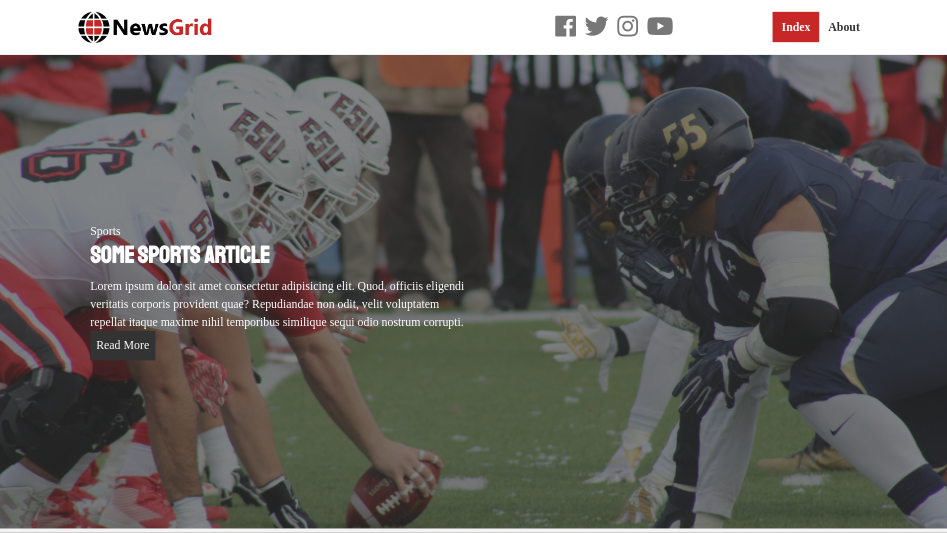
Repository: minhtien9/newsgrid
Page: index.html
The author's editor kept a copy of each file at every save. The page is drawn from the files as they stood at one save, then again after the next save.
The browser window is 1280 px wide. The pictures show the whole page, at 74% of full size.
Some web libraries are served in a nearby version.

Above is the page before, as saved 2021-08-25 20:47:15.

### index.html
<!DOCTYPE html>
<html lang="en">

<head>
    <meta charset="UTF-8" />
    <meta name="viewport" content="width=device-width, initial-scale=1.0" />
    <meta http-equiv="X-UA-Compatible" content="ie=edge" />
    <link rel="stylesheet" href="https://use.fontawesome.com/releases/v5.6.3/css/all.css" integrity="sha384-UHRtZLI+pbxtHCWp1t77Bi1L4ZtiqrqD80Kn4Z8NTSRyMA2Fd33n5dQ8lWUE00s/" crossorigin="anonymous" />
    <link href="https://fonts.googleapis.com/css2?family=Lato&family=Staatliches&display=swap" rel="stylesheet" />
    <link rel="stylesheet" href="css/style.css" />
    <link rel="stylesheet" media="screen and (max-width: 768px)" href="css/mobile.css" />
    <link rel="shortcut icon" type="image/x-icon" href="favicon.ico" />
    <title>NewsGrid | Latest News</title>
</head>

<body>
    <nav id="main-nav">
        <div class="container">
            <img src="img/logo.png" alt="NewsGrid" class="logo" />
            <div class="social">
                <a href="http://facebook.com" target="_blank"><i class="fab fa-facebook fa-2x"></i
          ></a>
                <a href="http://twitter.com" target="_blank"><i class="fab fa-twitter fa-2x"></i
          ></a>
                <a href="http://instagram.com" target="_blank"><i class="fab fa-instagram fa-2x"></i
          ></a>
                <a href="http://youtube.com" target="_blank"><i class="fab fa-youtube fa-2x"></i
          ></a>
            </div>
            <ul>
                <li><a class="current" href="index.html">Index</a></li>
                <li><a href="about.html">About</a></li>
            </ul>
        </div>
    </nav>

    <!-- Showcase -->
    <header id="showcase">
        <div class="container">
            <div class="showcase-container">
                <div class="showcase-content">
                    <div class="categogy catogory-sports">Sports</div>
                    <h1>Some Sports Article</h1>
                    <p>
                        Lorem ipsum dolor sit amet consectetur adipisicing elit. Quod, officiis eligendi veritatis corporis provident quae? Repudiandae non odit, velit voluptatem repellat itaque maxime nihil temporibus similique sequi odio nostrum corrupti.
                    </p>
                    <a href="article.html" class="btn btn-primar">Read More</a>
                </div>
            </div>
        </div>
    </header>
</body>

</html>

### css/style.css
:root {
    --primary-color: #c72727;
    --secondary-color: #f99500;
    --light-color: #f3f3f3;
    --dark-color: #333;
    --max-width: 1100px;
}

.category {
    --sports-color: #f99500;
    --ent-color: #a66bbe;
    --tech-color: #009cff;
}

* {
    margin: 0;
    padding: 0;
    box-sizing: border-box;
}

body {
    font-family: 'Lato' sans-serif;
    line-height: 1.5;
    background: var(--light-color);
}

a {
    color: #333;
    text-decoration: none;
}

ul {
    list-style: none;
}

img {
    width: 100%;
}

h1,
h2,
h3,
h4,
h5,
h6 {
    font-family: 'Staatliches', cursive;
    margin-bottom: 0.55rem;
    line-height: 1.3;
}


/* Utility */

.container {
    max-width: var(--max-width);
    margin: auto;
    padding: 0 2rem;
    overflow: hidden;
}

.category {
    display: inline-block;
    color: #fff;
    font-size: 0.55rem;
    text-transform: uppercase;
    padding: 0.4rem 0.6rem;
    border-radius: 15px;
    margin-bottom: 0.5rem;
}

.category-sports {
    background: var(--sports-color);
}

.category-ent {
    background: var(--ent-color);
}

.category-tech {
    background: var(--tech-color);
}

.btn {
    display: inline-block;
    border: none;
    background: var(--dark-color);
    color: #fff;
    padding: 0.5rem;
}


/* Navigation */

#main-nav {
    background: #fff;
    position: sticky;
    top: 0;
    z-index: 2;
}

#main-nav .container {
    display: grid;
    grid-template-columns: 6fr 3fr 2fr;
    padding: 1rem;
    align-items: center;
}

#main-nav .logo {
    width: 180px;
}

#main-nav ul {
    justify-self: end;
    display: flex;
}

#main-nav ul li a {
    padding: 0.75rem;
    font-weight: bold;
}

#main-nav ul li a.current {
    background: var(--primary-color);
    color: #fff;
}

#main-nav ul li a:hover {
    background: var(--light-color);
    color: var(--dark-color);
}

#main-nav .social {
    justify-self: center;
}

#main-nav .social i {
    color: #777;
    margin-right: 0.5rem;
}


/* Showcase */

#showcase {
    color: #fff;
    background: #333;
    padding: 2rem;
    position: relative;
}

#showcase:before {
    content: '';
    background: url('../img/featured.jpg') no-repeat center center/cover;
    position: absolute;
    top: 0;
    left: 0;
    width: 100%;
    height: 100%;
    opacity: 0.4;
}

#showcase .showcase-container {
    display: grid;
    grid-template-columns: repeat(2, 1fr);
    justify-content: center;
    align-items: center;
    height: 80vh;
}

#showcase .showcase-content {
    z-index: 1;
}

Loaded but not shown: css/mobile.css (no stored copy; drawn as an empty file)

After the next save:
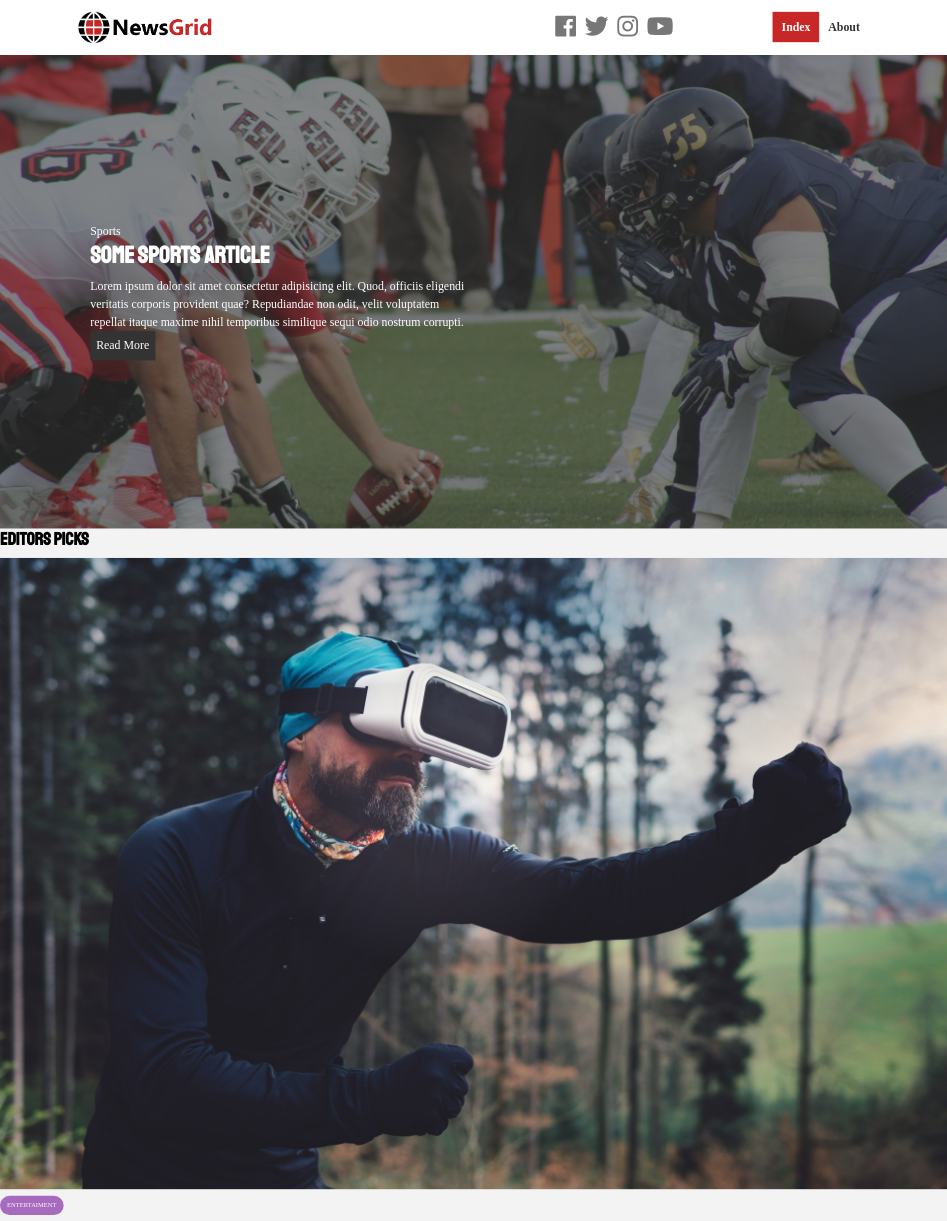
Saved 21 min 1 s later.
--- a/index.html
+++ b/index.html
@@ -49,6 +49,18 @@
             </div>
         </div>
     </header>
+    <!-- Home Articles -->
+    <section id="home-articles" class="py-2">
+        <h2>Editors Picks</h2>
+        <div class="articles-container">
+            <article class="card">
+                <img src="img/articles/ent1.jpg" alt="" />
+                <div>
+                    <div class="category category-ent">Entertaiment</div>
+                </div>
+            </article>
+        </div>
+    </section>
 </body>
 
 </html>
